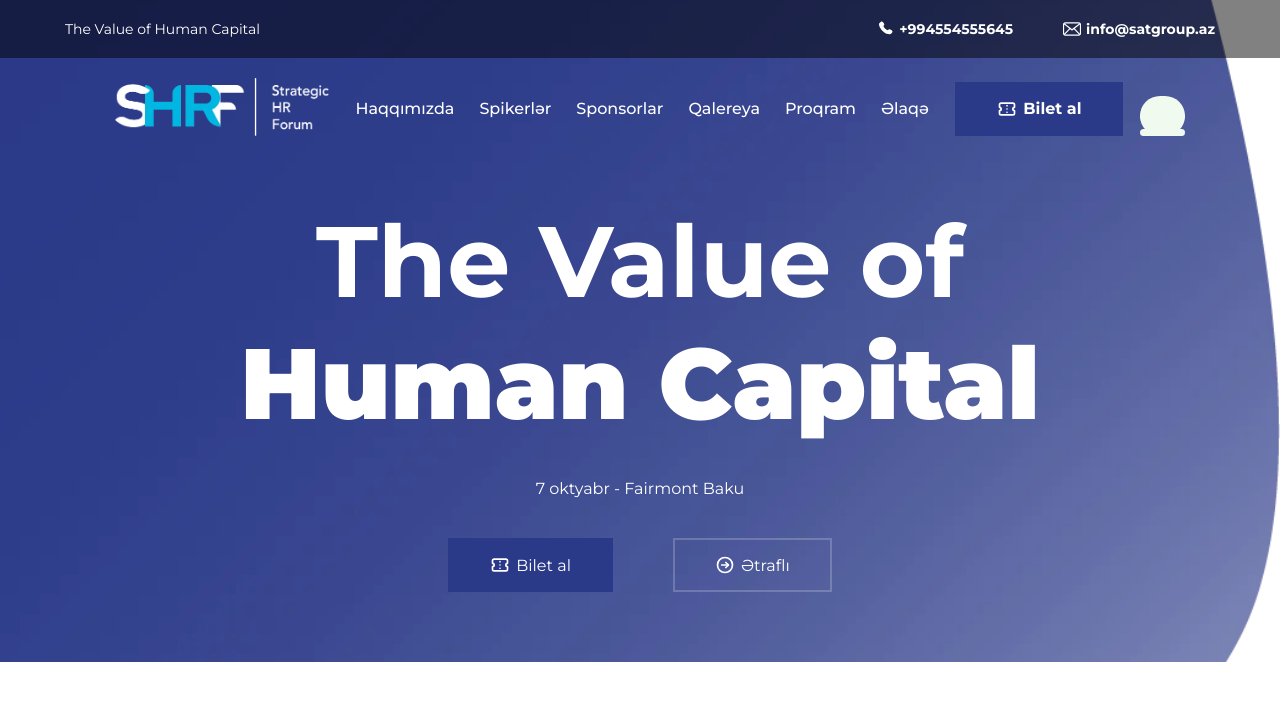
Repository: allahverdiyevabdulhasan/shrf
Page: /
The author's editor kept a copy of each file at every save. The page is drawn from the files as they stood at one save, then again after the next save.
The browser window is 1280 px wide. The pictures show the whole page.
The project was rebuilt for these pictures with package versions that can differ from the ones it lists, and the page was loaded fresh each time. Also part of the build but not shown: vite.config.js, src/App.css.

Above is the page before, as saved 2024-08-16 11:29:59.

### src/App.jsx
import './App.css'
import Header from './components/Header'
import Intro from './components/Intro'

function App() {

  return (
    <div id='page'>
      <Header />
      <Intro />
    </div>
  )
}

export default App

### src/index.css
@import url('https://fonts.googleapis.com/css2?family=Montserrat:ital,wght@0,100..900;1,100..900&display=swap');

* {
  margin: 0;
  box-sizing: border-box;
  padding: 0;
  font-family: Montserrat;
  transition: all .4s ease-in-out;
}

:root {
  --globalPrimary: #2a3988;
}

ul {
  padding: 0;
  list-style: none;
}

a {
  color: #fff;
  text-decoration: none;
}

button {
  cursor: pointer;
}

.container {
  max-width: 1170px;
  margin: 0 auto;
  padding: 0 10px;
}
#page{
  position: relative;
}

.buy__button {
  display: flex;
  align-items: center;
  border: 2px solid transparent;
  background: var(--globalPrimary);
  font-size: 16px;
  font-weight: 700;
  color: #fff;
  padding: 15px 40px;
  & svg{
    margin: 0 6px 0 0;
  }
  &:hover {
    box-shadow: 0 3px 10px 3px #fff;
    transform: translateY(-3px);
  }
}

### src/components/Header/index.jsx

import NavItems from './navItems'
import s from './style.module.css'

export default function Header() {


    return (
        <>
            <div className={s.burger__menu}>
                <NavItems />
            </div>
            <header >



                <div className={s.top}>
                    <div className="container">
                        <div className={s.top__left}>
                            The Value of Human Capital
                        </div>
                        <div className={s.top__right}>
                            <ul>
                                <li>
                                    <a href="tel:+994554555645">
                                        <svg width={18} viewBox="0 0 24 24" fill="none" xmlns="http://www.w3.org/2000/svg"><g id="SVGRepo_bgCarrier" stroke-width="0"></g><g id="SVGRepo_tracerCarrier" stroke-linecap="round" stroke-linejoin="round"></g><g id="SVGRepo_iconCarrier"> <path d="M16.5562 12.9062L16.1007 13.359C16.1007 13.359 15.0181 14.4355 12.0631 11.4972C9.10812 8.55901 10.1907 7.48257 10.1907 7.48257L10.4775 7.19738C11.1841 6.49484 11.2507 5.36691 10.6342 4.54348L9.37326 2.85908C8.61028 1.83992 7.13596 1.70529 6.26145 2.57483L4.69185 4.13552C4.25823 4.56668 3.96765 5.12559 4.00289 5.74561C4.09304 7.33182 4.81071 10.7447 8.81536 14.7266C13.0621 18.9492 17.0468 19.117 18.6763 18.9651C19.1917 18.9171 19.6399 18.6546 20.0011 18.2954L21.4217 16.883C22.3806 15.9295 22.1102 14.2949 20.8833 13.628L18.9728 12.5894C18.1672 12.1515 17.1858 12.2801 16.5562 12.9062Z" fill="#ffffff"></path> </g></svg>
                                        +994554555645</a>
                                </li>
                                <li>
                                    <a href="mailto:info@satgroup.az">
                                        <svg width={18} viewBox="0 -4 32 32" version="1.1" xmlns="http://www.w3.org/2000/svg" xmlns:xlink="http://www.w3.org/1999/xlink" xmlns:sketch="http://www.bohemiancoding.com/sketch/ns" fill="#000000"><g id="SVGRepo_bgCarrier" stroke-width="0"></g><g id="SVGRepo_tracerCarrier" stroke-linecap="round" stroke-linejoin="round"></g><g id="SVGRepo_iconCarrier"> <title>mail</title> <desc>Created with Sketch Beta.</desc> <defs> </defs> <g id="Page-1" stroke="none" stroke-width="1" fill="none" fill-rule="evenodd" sketch:type="MSPage"> <g id="Icon-Set" sketch:type="MSLayerGroup" transform="translate(-412.000000, -259.000000)" fill="#ffffff"> <path d="M442,279 C442,279.203 441.961,279.395 441.905,279.578 L433,270 L442,263 L442,279 L442,279 Z M415.556,280.946 L424.58,271.33 L428,273.915 L431.272,271.314 L440.444,280.946 C440.301,280.979 415.699,280.979 415.556,280.946 L415.556,280.946 Z M414,279 L414,263 L423,270 L414.095,279.578 C414.039,279.395 414,279.203 414,279 L414,279 Z M441,261 L428,271 L415,261 L441,261 L441,261 Z M440,259 L416,259 C413.791,259 412,260.791 412,263 L412,279 C412,281.209 413.791,283 416,283 L440,283 C442.209,283 444,281.209 444,279 L444,263 C444,260.791 442.209,259 440,259 L440,259 Z" id="mail" sketch:type="MSShapeGroup"> </path> </g> </g> </g></svg>
                                        info@satgroup.az</a>
                                </li>
                            </ul>
                        </div>
                    </div>
                </div>
                <div className="container">

                    <div className={s.header__items}>
                        <div className={s.logo}>
                            <a href="/"><img src="./public/assets/img/logo.webp" alt="Logo" /></a>
                        </div>

                        <NavItems />
                        <div className={s.burger__btn}>
                            <label class={s.bar} for="check">
                                <input type="checkbox" id="check" />

                                    <span class={s.top}></span>
                                    <span class={s.middle}></span>
                                    <span class={s.bottom}></span>
                            </label>
                        </div>
                    </div>
                </div>

            </header>

        </>
    )
}

### src/components/Intro/index.jsx
import s from './style.module.css'

export default function Intro() {


    return (
        <div className={s.intro}>
            <div className={s.intro__content}>
                <h1>
                    The Value of
                    <br />
                    <span>Human Capital</span>
                </h1>

                <p>7 oktyabr - Fairmont Baku</p>

                <div className={s.buttons}>
                <button className='buy__button'>
                <svg width={20} viewBox="0 0 24 24" fill="none" xmlns="http://www.w3.org/2000/svg"><g id="SVGRepo_bgCarrier" stroke-width="0"></g><g id="SVGRepo_tracerCarrier" stroke-linecap="round" stroke-linejoin="round"></g><g id="SVGRepo_iconCarrier"> <path d="M12 16H12.01M12 12H12.01M12 8H12.01M21 14V17C21 18.1046 20.1046 19 19 19H5C3.89543 19 3 18.1046 3 17V14C4.10457 14 5 13.1046 5 12C5 10.8954 4.10457 10 3 10V7C3 5.89543 3.89543 5 5 5H19C20.1046 5 21 5.89543 21 7V10C19.8954 10 19 10.8954 19 12C19 13.1046 19.8954 14 21 14Z" stroke="#ffffff" stroke-width="2" stroke-linecap="round" stroke-linejoin="round"></path> </g></svg>
                    Bilet al
                </button>
                <a href="" className='buy__button'>
                <svg  width={20} viewBox="0 0 24 24" fill="none" xmlns="http://www.w3.org/2000/svg"><g id="SVGRepo_bgCarrier" stroke-width="0"></g><g id="SVGRepo_tracerCarrier" stroke-linecap="round" stroke-linejoin="round"></g><g id="SVGRepo_iconCarrier"> <path d="M21 12C21 16.9706 16.9706 21 12 21C7.02944 21 3 16.9706 3 12C3 7.02944 7.02944 3 12 3C16.9706 3 21 7.02944 21 12Z" stroke="#ffffff" stroke-width="2"></path> <path d="M16 12L8 12" stroke="#ffffff" stroke-width="2" stroke-linecap="round" stroke-linejoin="round"></path> <path d="M13 15L15.913 12.087V12.087C15.961 12.039 15.961 11.961 15.913 11.913V11.913L13 9" stroke="#ffffff" stroke-width="2" stroke-linecap="round" stroke-linejoin="round"></path> </g></svg>

                Ətraflı
                </a>
                </div>
            </div>
        </div>
    )
}

### src/components/Header/navItems/index.jsx


export default function NavItems() {


    return (
        <>
            <nav>
                <ul>
                    <li><a href="">Haqqımızda</a></li>
                    <li><a href="">Spikerlər</a></li>
                    <li><a href="">Sponsorlar</a></li>
                    <li><a href="">Qalereya</a></li>
                    <li><a href="">Proqram</a></li>
                    <li><a href="">Əlaqə</a></li>
                </ul>
            </nav>
            <button className='buy__button'>
                <svg width={20} viewBox="0 0 24 24" fill="none" xmlns="http://www.w3.org/2000/svg"><g id="SVGRepo_bgCarrier" stroke-width="0"></g><g id="SVGRepo_tracerCarrier" stroke-linecap="round" stroke-linejoin="round"></g><g id="SVGRepo_iconCarrier"> <path d="M12 16H12.01M12 12H12.01M12 8H12.01M21 14V17C21 18.1046 20.1046 19 19 19H5C3.89543 19 3 18.1046 3 17V14C4.10457 14 5 13.1046 5 12C5 10.8954 4.10457 10 3 10V7C3 5.89543 3.89543 5 5 5H19C20.1046 5 21 5.89543 21 7V10C19.8954 10 19 10.8954 19 12C19 13.1046 19.8954 14 21 14Z" stroke="#ffffff" stroke-width="2" stroke-linecap="round" stroke-linejoin="round"></path> </g></svg>
                Bilet al
            </button>
        </>
    )
}

### src/components/Header/style.module.css
header {
    position: absolute;
    top: 0;
    left: 50%;
    width: 100%;
    transform: translateX(-50%);
}

.burger__menu{
    position: fixed;
    inset: 0;
    background-color: red;
    z-index: 999;
    display: none;
}
.burger__btn{
    width: 25px;
    height: 25px;
    & input {
    display: none;
    visibility: hidden;
  }

  & .bar {
    display: block;
    position: relative;
    cursor: pointer;
    width: 50px;
    height: 40px;
  }

  & .bar span {
    position: absolute;
    width: 45px;
    height: 7px;
    background: #f1faee;
    border-radius: 100px;
    display: inline-block;
    transition: 0.3s ease;
    left: 0;
  }

  & .bar span.top {
    top: 0;
  }

  & .bar span.middle {
    top: 17px;
  }

  & .bar span.bottom {
    bottom: 0;
  }

  & input[type]:checked ~ span.top {
    transform: rotate(45deg);
    transform-origin: top left;
    width: 48px;
    left: 5px;
  }

  & input[type]:checked ~ span.bottom {
    transform: rotate(-45deg);
    transform-origin: top left;
    width: 48px;
    bottom: -1px;
    box-shadow: 0 0 10px #495057;
  }

  & input[type]:checked ~ span.middle {
    transform: translateX(-20px);
    opacity: 0;
  }
}

.top {
    padding: 20px 0;
    color: #fff;
    font-size: 14px;
    & > div{
        width: 100%;
        display: flex;
        justify-content: space-between;
        align-items: center;
    }
}

.top__right {
    & a,
    & ul {
        display: flex;
        align-items: center;
        font-weight: 700;
        flex-wrap: wrap;
        justify-content: end;
    }

    & li {
        margin: 0 0 0 50px;
        &:first-child{
            margin: 0;
        }
    }

    & svg {
        margin: 0 5px 0 0;
    }

    & a:hover {
        text-shadow: 0 0 10px #fff;

    }
}


.header__items {
    display: flex;
    padding: 20px 50px;
    align-items: center;
    justify-content: space-between;

    & .logo{
        max-width: 214px;
        min-width: 150px;
        & img{
            width: 100%;
        }
    }

    & nav{
        margin: 0 10px;
    }

    & ul {
        display: flex;
        & li{
            margin: 0 25px 0 0;
            position: relative;
            &::after{
                content: '';
                position: absolute;
                bottom: 0;
                left: 0;
                width: 0;
                height: 3px;
                border-radius: 3px;
                background-color: #00FFF0;
                transition: all .4s ease-in-out;
            }
            &:hover{
                & a{
                    color: #00FFF0;
                }
                &::after{
                    width: 100%;
                }
            }
            & a{
                display: inline-block;
                padding: 10px 0;
                font-weight: 500;
            }
            &:last-child{
                margin: 0;
            }
        }
    }
}



@media only screen and (width < 1290px){
    header{
        .top{
            background: #0000007e;
        }
    }
}

@media only screen and (width < 1100px){
    header{
       & .header__items{
        & nav, & button{
            display: none;
        }
       }
    }
}

### src/components/Intro/style.module.css
.intro{
    min-height: 80vh;
    background: url('./../../../public/assets/img/introBg.webp') center/cover;
    display: flex;
    align-items: center;
    justify-content: center;

    & h1{
        font-size: clamp(45px, 8vw, 100px);
        color: #fff;
        text-align: center;
        margin: 200px 0 0 0;
        & span{
            font-weight: 900;
        }
    }
}

.intro__content{
    margin: 0 0 70px 0;
    & > p{
        color: #fff;
        text-align: center;
        margin: 35px 0  40px 0;
    }

    & .buttons{
        display: flex;
        justify-content: center;
        align-items: center;
        & button, & a{
            font-weight: 400;
            margin: 0 clamp(10px, 3vw, 30px);
        }
        & a{
            background: none;
            border-color: #FFFFFF33;
            &:hover{
                background-color: var(--globalPrimary);
            }
        }
    }
}

Loaded but not shown: index.html (common file); src/main.jsx (common file)

After the next save:
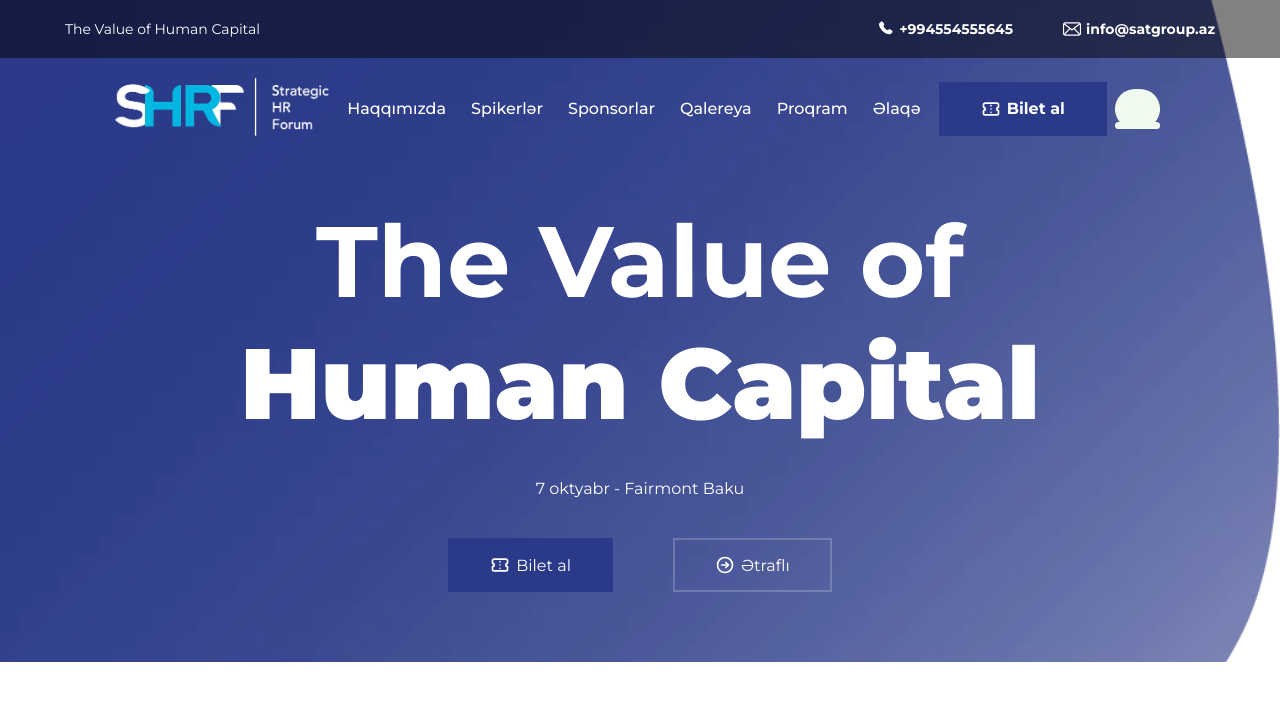
Saved 6 s later.
--- a/src/components/Header/style.module.css
+++ b/src/components/Header/style.module.css
@@ -14,9 +14,9 @@ header {
     display: none;
 }
 .burger__btn{
-    width: 25px;
-    height: 25px;
-    & input {
+
+    & input[type="checkbox"] {
+    -webkit-appearance: none;
     display: none;
     visibility: hidden;
   }
